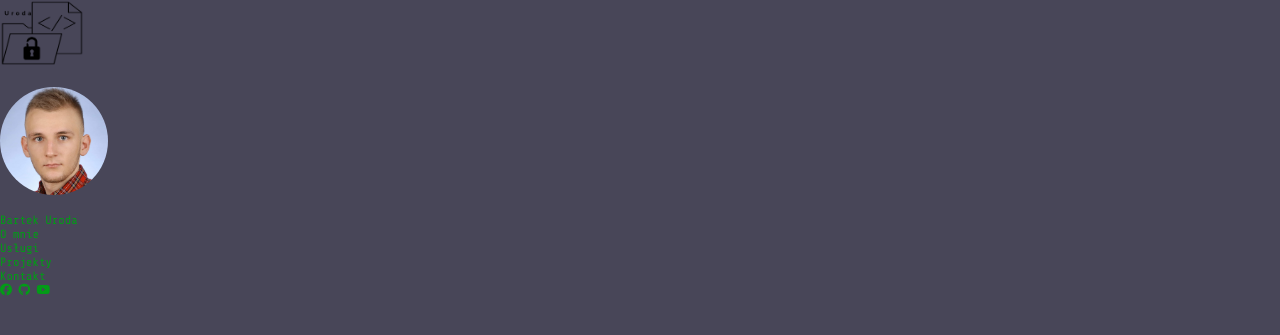
Repository: BartekUroda/portfolio
Page: index.html
These files come from the project's save history. The page is drawn as it stood at one moment and after the next save; the edit follows.
The browser window is 1280 px wide. The pictures show the whole page.
Some web libraries are served in a nearby version.

Above is the page before, as saved 2020-10-26 17:54:49.

After the next save:
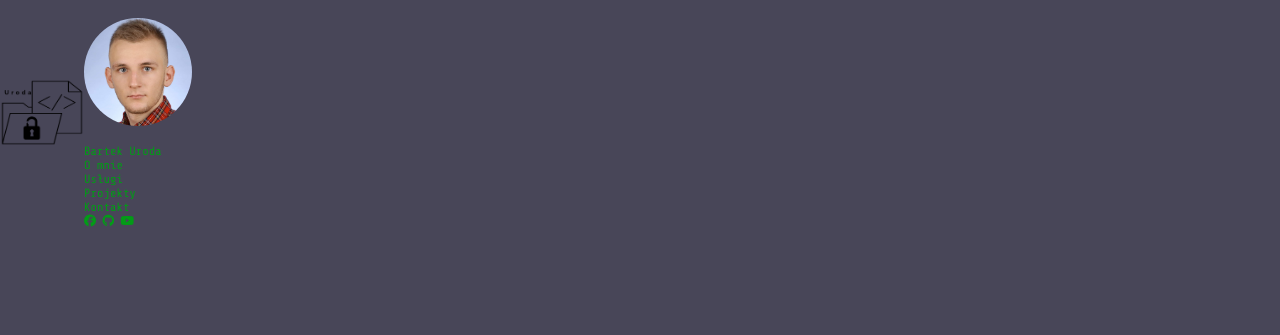
Saved 68 s later.
--- a/css/style.css
+++ b/css/style.css
@@ -55,6 +55,11 @@ header {
 .nav-brand {
     width: 7rem;
 }
+nav {
+    width: 100%;
+    display: flex;
+    align-items: center;
+}
 .profile-pic {
     height: 9rem;
     width: auto;
